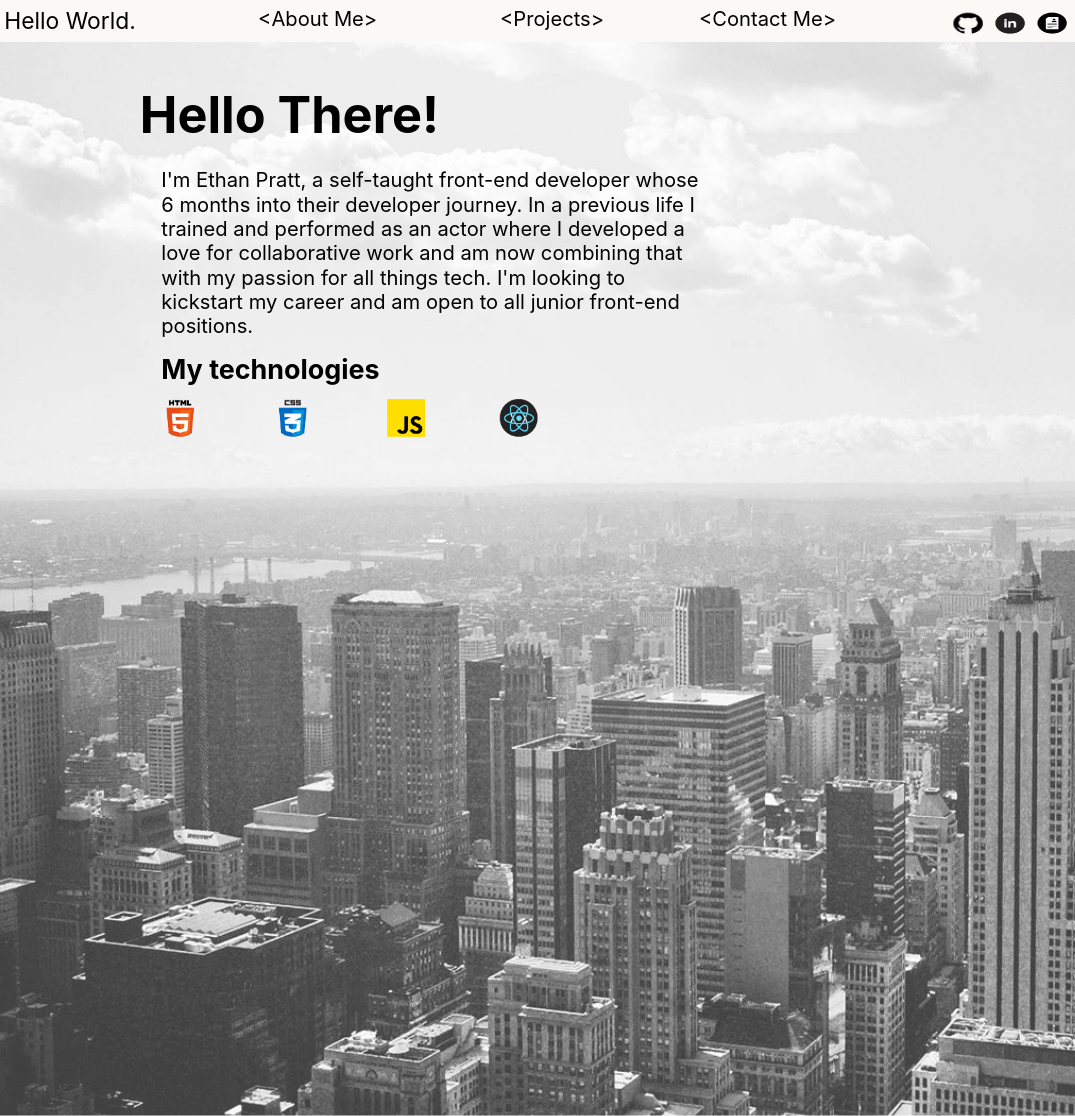
Repository: ghend99/website_ethan_pratt
Page: /about
These files come from the project's save history. The page is drawn as it stood at one moment and after the next save; the edit follows.
The browser window is 1280 px wide. The pictures show the whole page, at 84% of full size.
The project was rebuilt for these pictures with package versions that can differ from the ones it lists, and the page was loaded fresh each time. Also part of the build but not shown: src/pages/home.js, src/pages/project.js, src/css/contact.css, src/pages/contact.js.

Above is the page before, as saved 2023-04-02 15:35:02.

After the next save:
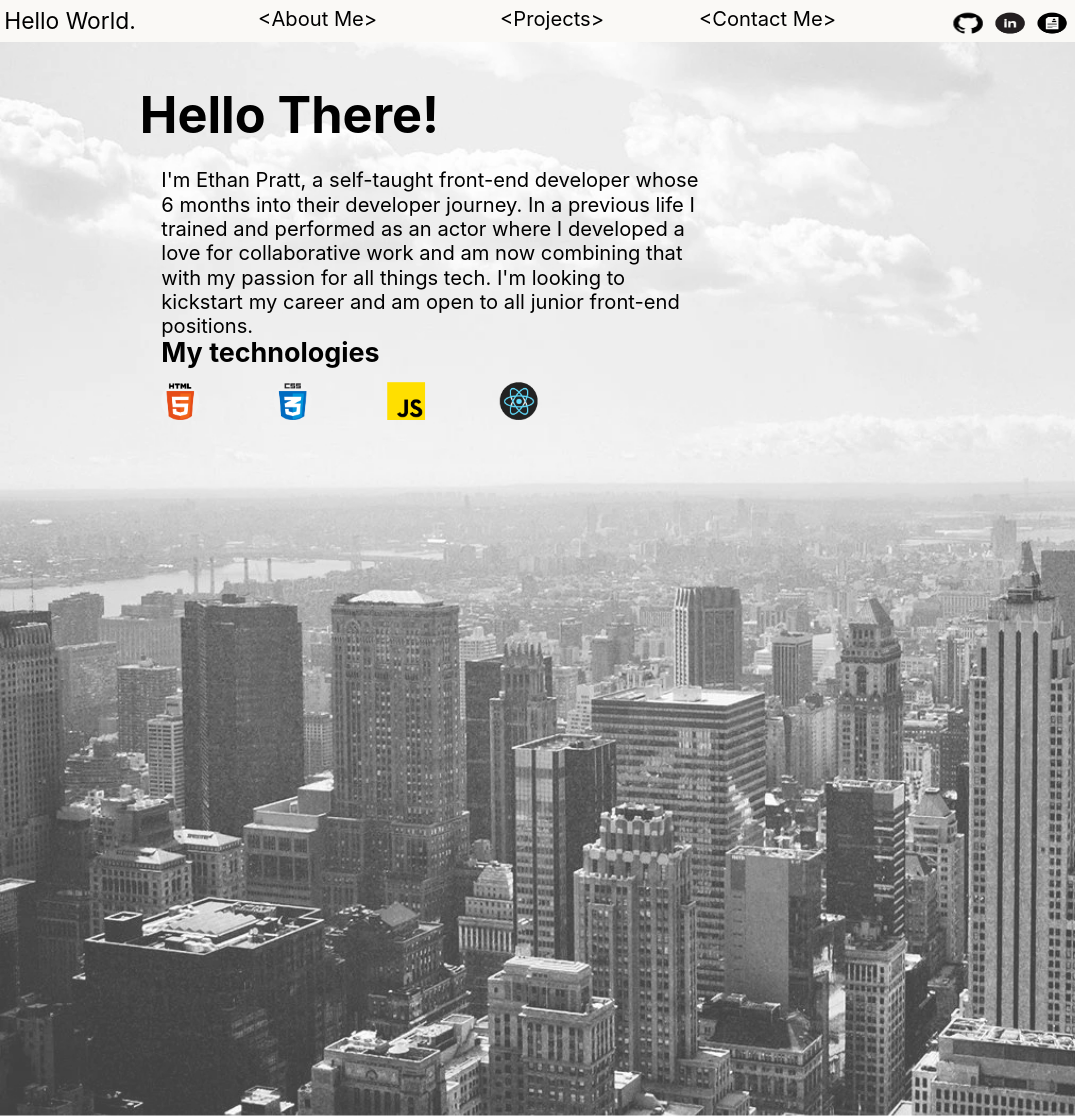
Saved 5 s later.
--- a/src/css/about.css
+++ b/src/css/about.css
@@ -37,7 +37,7 @@
 
 #technology-container {
   position: relative;
-  bottom: 50px;
+  bottom: 70px;
   max-width: 70%;
   min-width: 40%;
   max-height: 100%;
